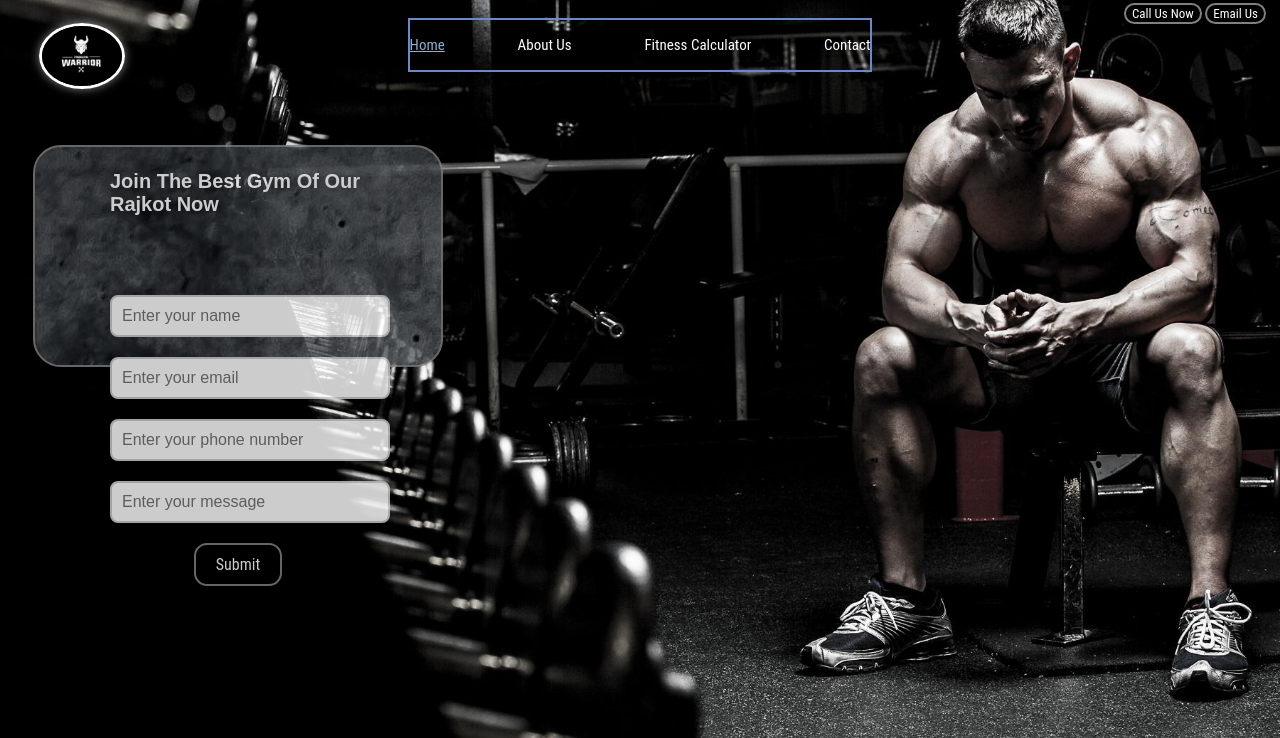
Repository: asthaasquare/project-1
Page: project-1/index.html
These files come from the project's save history. The page is drawn as it stood at one moment and after the next save; the edit follows.
The browser window is 1280 px wide. The pictures show the whole page.
Some web fonts or font styles are not loaded; a fallback is used.

Above is the page before, as saved 2024-05-10 09:57:29.

### project-1/index.html
  <!DOCTYPE html>
  <html lang="en">
  <head>
    <meta charset="UTF-8" />
    <meta name="viewport" content="width=device-width, initial-scale=1.0" />
    <title>Fit World</title>
    <link rel="preconnect" href="https://fonts.googleapis.com" />
    <link rel="preconnect" href="https://fonts.gstatic.com" crossorigin />
    <link href="https://fonts.googleapis.com/css2?family=Jersey+10&display=swap" rel="stylesheet" />
    <link rel="stylesheet" href="css/style.css" />
    <style>
      body {
        color: white;
        margin: 0;
        padding: 0;
        background-image: url("img/1087639.jpg");
        background-size: cover; /* This will make sure the image covers the entire background */
        background-position: center; /* This will center the image within the container */
        height: 100vh; /* This will set the height of the background to the viewport height */
        font-family: "Roboto Condensed", sans-serif;
        font-optical-sizing: auto;
      }

      .left {
        /* border: 2px double rgb(75, 62, 62); */
        display: inline-block;
        position: absolute;
        top: 0px;
        left: 34px;
        padding: 5px; /* Add some padding around the logo */
      }

      .left img {
        width: 80px;
        height: auto;
        border-radius: 50%;
        border: 3px solid white;
        box-shadow: 0 0 10px rgba(255, 255, 255, 0.5);
      }

      .left div {
        line-height: 0px;
      }

      .mid {
        margin: 18px auto;
        display: block;
        width: 36%;
        border: 2px double rgb(106, 137, 200);
      }

      .right {
        position: absolute;
        display: inline-block;
        /* border: 2px double rgb(100, 96, 222); */
        top: 0px;
        right: 34px;
      }

      .navbar {
        display: flex; /* Use flexbox for better alignment */
        justify-content: space-between; /* Distribute items evenly across the container */
        align-items: center; /* Center items vertically */
        padding: 0;
      }

      .navbar li {
        font-size: 15px;
        list-style: none; /* Remove default list styles */
        margin-right: 20px; /* Add some spacing between navbar items */
      }

      .navbar li a {
        color: white;
        text-decoration: none;
      }

      .navbar li a:hover,
      .navbar li a.active {
        text-decoration: underline;
        color: rgb(136, 177, 215);
      }

      .navbar li:last-child {
        margin-right: 0; /* Remove margin from the last navbar item */
      }

      .header {
        position: relative; /* Set position to relative to allow absolute positioning of child elements */
      }

      .container {
        border: 2px solid grey;
        margin: 73px 33px;
        padding: 75px;
        width: 20%;
        background-image: url(img/bg1.jpg);
        opacity: 80%;
        z-index: -1;
        height: 68px;
        border-radius: 28px;
      }

      .btn {
        margin: 0px 0px;
        color: white;
        background-color: black;
        position: relative;
        right: 22px;
        top: -15px;
        left: 20px;
        border: 2px solid grey;
        border-radius: 13px;
        font-size: 13px;
        cursor: pointer;
        transition: background-color 0.3s, border-color 0.3s;
        font-family: "Roboto Condensed", sans-serif;
      }

      .btn:hover {
        background-color: grey; /* Change background color on hover */
        border-color: black; /* Change border color on hover */
      }

      h1 {
        position: relative;
        top: -65px;
        color: white;
        font-size: 20px; /* Adjust the font size as needed */
        font-weight: bold; /* Optionally adjust the font weight */
        font-family: 'Poetsen One', sans-serif; /* Apply the Poetsen One font */
        text-shadow: 2px 2px 8px rgba(0, 0, 0, 0.5); /* Update the text shadow */
        width: 280px;
        padding: 0px;
      }

      .form {
      text-align: center; /* Center align the form elements */
    }

    .form-group {
      margin-bottom: 20px; /* Add some spacing between form groups */
    }

    input[type="text"] {
      width: 100%; /* Make text inputs fill the width of their container */
      padding: 10px; /* Add padding to text inputs */
      border: 2px solid #ccc; /* Add border to text inputs */
      border-radius: 8px; /* Add border radius to text inputs */
      font-size: 16px; /* Adjust the font size of text inputs */
    }

    .btn1 {
      color: white;
      background-color: black;
      border: 2px solid grey;
      border-radius: 13px;
      font-size: 16px;
      padding: 10px 20px; /* Add padding to the button */
      cursor: pointer;
      transition: background-color 0.3s, border-color 0.3s;
      font-family: "Roboto Condensed", sans-serif;
    }

    .btn1:hover {
      background-color: grey; /* Change background color on hover */
      border-color: black; /* Change border color on hover */
    }
    </style>
  </head>
  <body>
    <header class="header">
      <div class="left">
        <img src="img/logo.jpg" alt="Logo" />
      </div>
      <div class="mid">
        <ul class="navbar">
          <li><a href="#" class="active">Home</a></li>
          <li><a href="#">About Us</a></li>
          <li><a href="#">Fitness Calculator</a></li>
          <li><a href="#">Contact</a></li>
        </ul>
      </div>
      <div class="right">
        <button class="btn">Call Us Now</button>
        <button class="btn">Email Us</button>
      </div>
    </header>
    <div class="container">
      <h1>Join The Best Gym Of Our Rajkot Now</h1>

      <form action="noaction.php" class="form">

        <div class="form-group">
          <input type="text" name="name" placeholder="Enter your name">
        </div>
        <div class="form-group">
          <input type="text" name="email" placeholder="Enter your email">
        </div>
        <div class="form-group">
          <input type="text" name="phone" placeholder="Enter your phone number">
        </div>
        <div class="form-group">
          <input type="text" name="message" placeholder="Enter your message">
        </div>
        <button type="submit" class="btn1">Submit</button>
      </form>
    </div>
  </body>
  </html>

Loaded but not shown: project-1/css/style.css (no stored copy; drawn as an empty file)

After the next save:
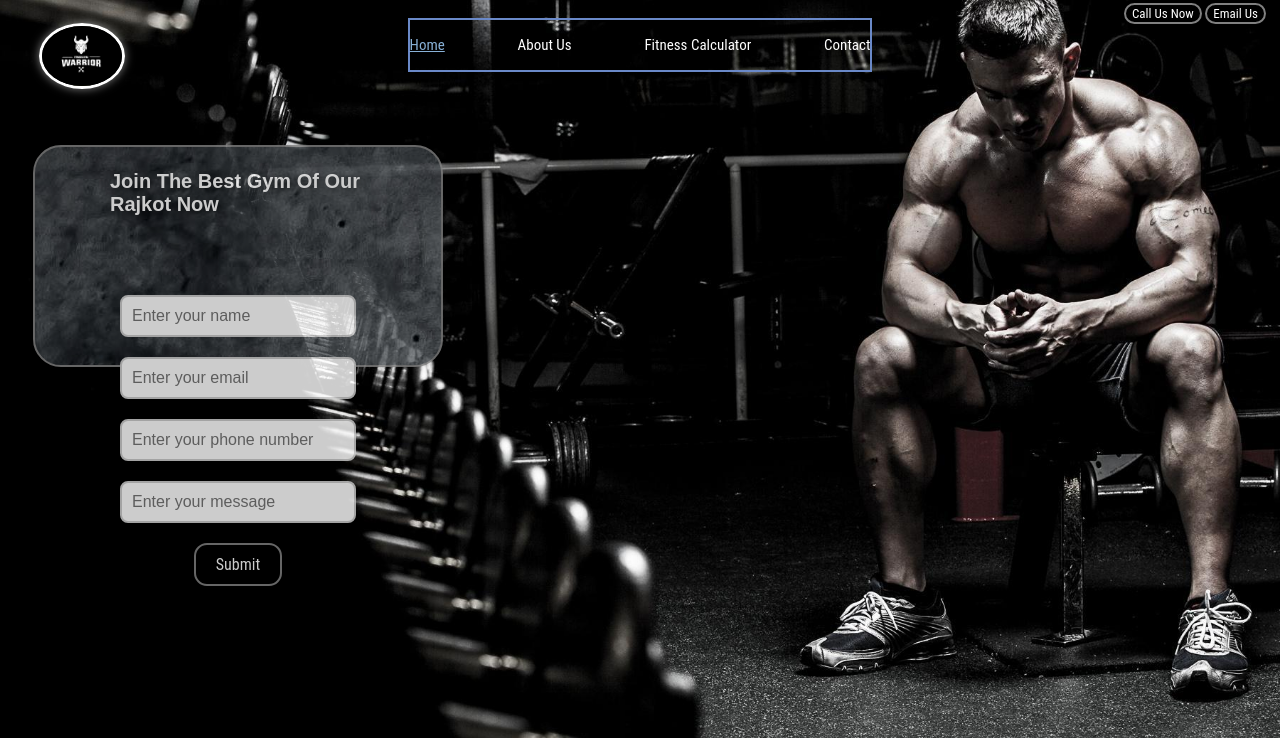
Saved 90 s later.
--- a/project-1/index.html
+++ b/project-1/index.html
@@ -143,11 +143,12 @@
     }
 
     input[type="text"] {
-      width: 100%; /* Make text inputs fill the width of their container */
+      width: calc(100% - 20px); /* Make text inputs fill the width of their container minus the padding */
       padding: 10px; /* Add padding to text inputs */
       border: 2px solid #ccc; /* Add border to text inputs */
       border-radius: 8px; /* Add border radius to text inputs */
       font-size: 16px; /* Adjust the font size of text inputs */
+      box-sizing: border-box; /* Include padding and border in the element's total width and height */
     }
 
     .btn1 {
